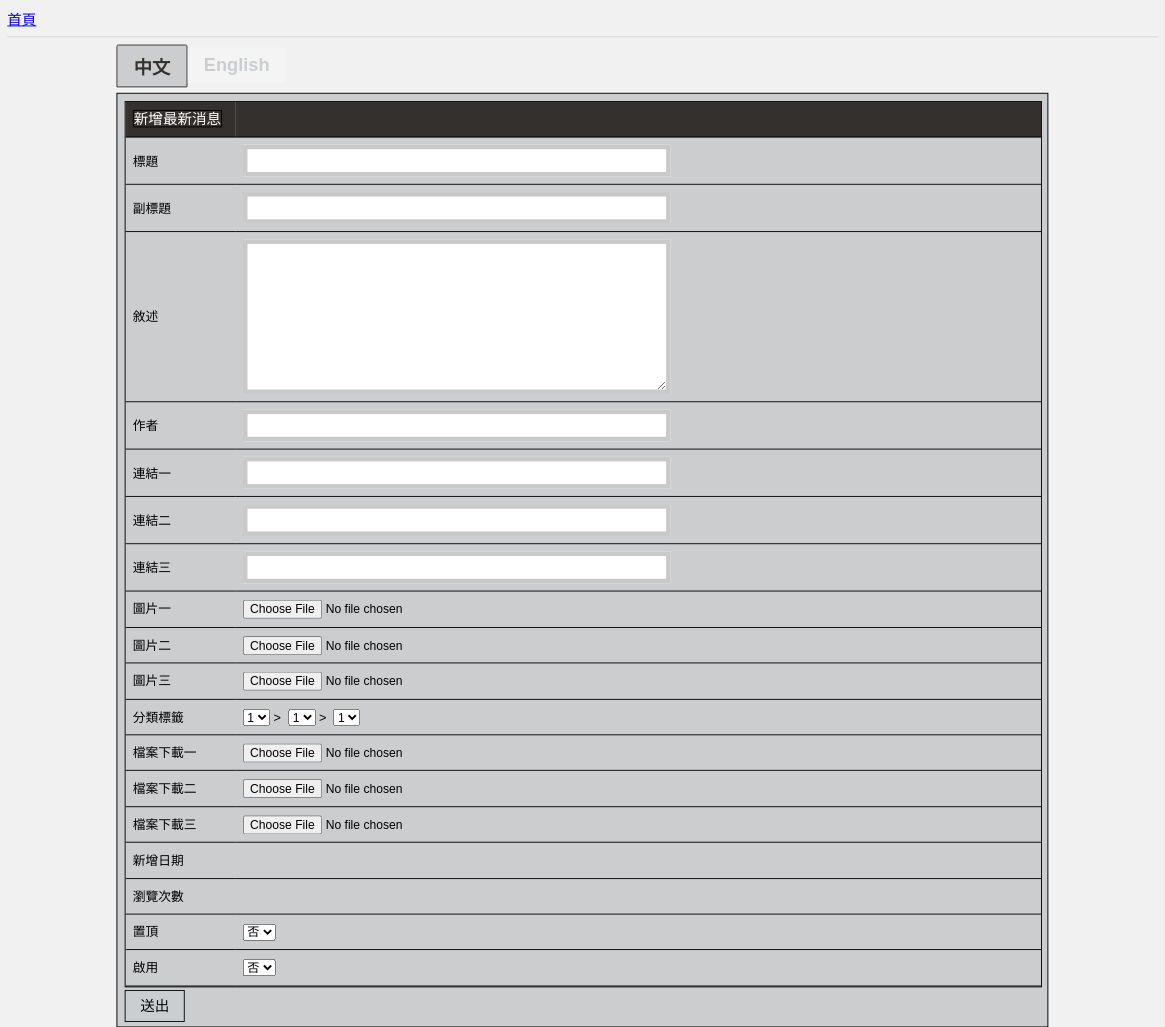
Repository: Naokiyuy/DigitalHum
Page: http://localhost/digital/backend/hotnews/hotnews-add.jsp
The author's editor kept a copy of each file at every save. The page is drawn from the files as they stood at one save, then again after the next save.
The browser window is 1280 px wide. The pictures show the whole page, at 91% of full size.
Some web libraries are served in a nearby version. The page is served by Tomcat 9.

Above is the page before, as saved 2015-03-14 12:46:09.

After the next save:
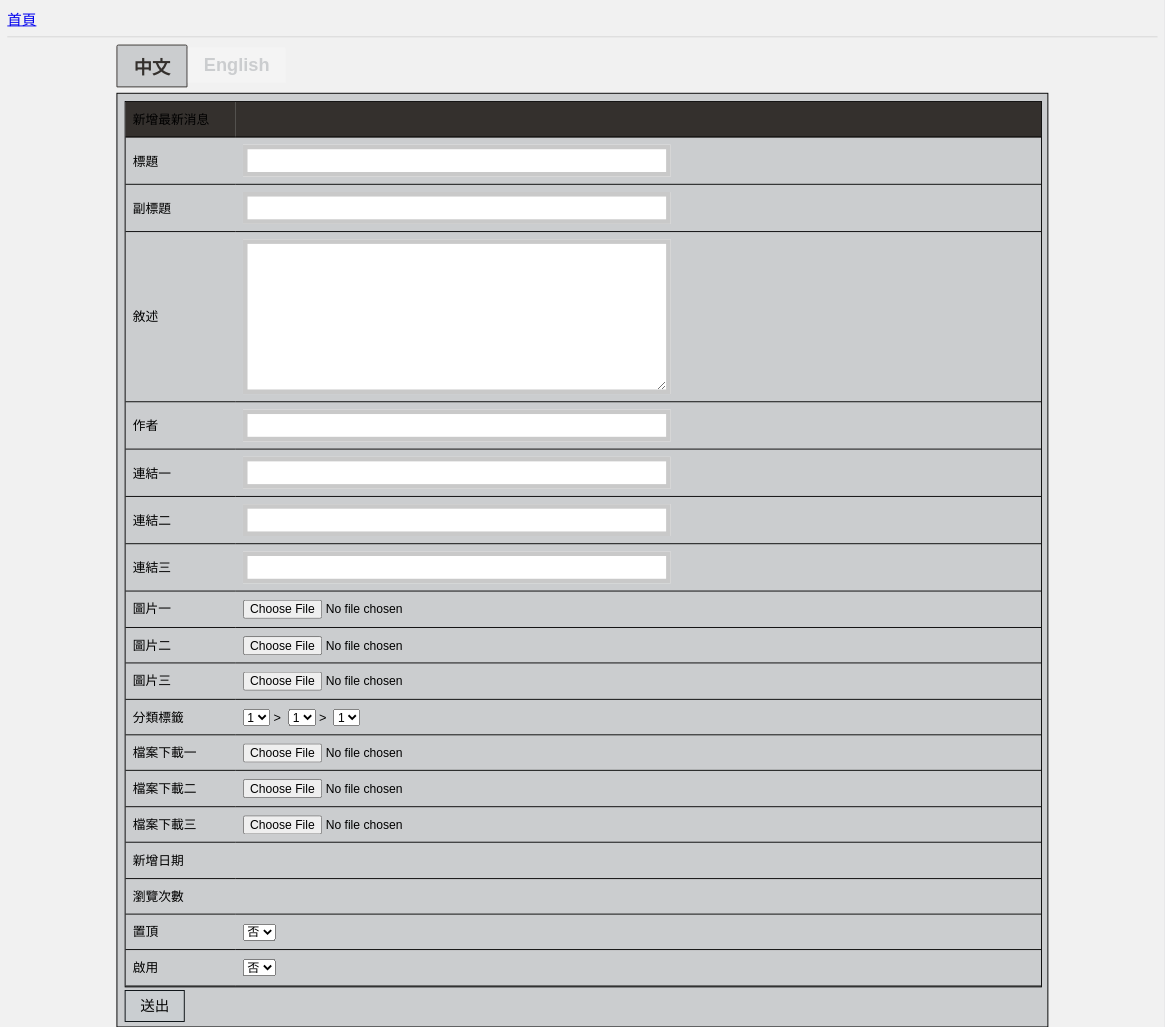
Saved 8 s later.
--- a/digital/src/main/webapp/backend/css/hotnews/add.css
+++ b/digital/src/main/webapp/backend/css/hotnews/add.css
@@ -39,16 +39,12 @@
 	background-color:#34302D;
 }
 
-.hotnews-add-tr:first-child span{
+.hotnews-add-tr:first-child{
 	color:#ffffff;
 	font-size:16px;
 	vertical-align:middle;
 	text-align:center;
 	border: 1px solid #000;
-}
-
-.hotnews-add-td span {
-
 }
 
 .tabs input[type=radio] {

After the save that followed:
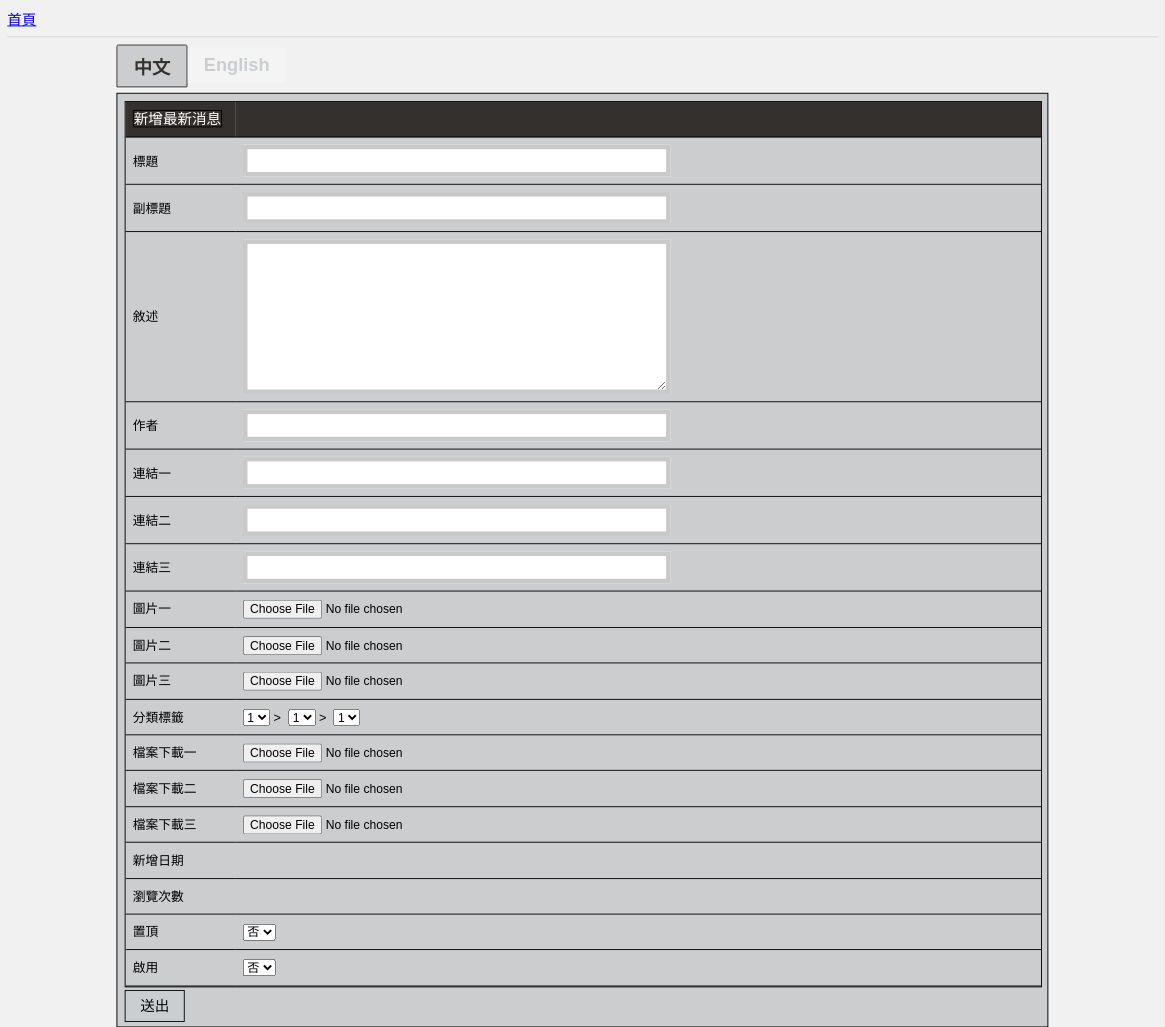
Saved 11 s later.
--- a/digital/src/main/webapp/backend/css/hotnews/add.css
+++ b/digital/src/main/webapp/backend/css/hotnews/add.css
@@ -39,7 +39,7 @@
 	background-color:#34302D;
 }
 
-.hotnews-add-tr:first-child{
+.hotnews-add-tr:first-child span{
 	color:#ffffff;
 	font-size:16px;
 	vertical-align:middle;
